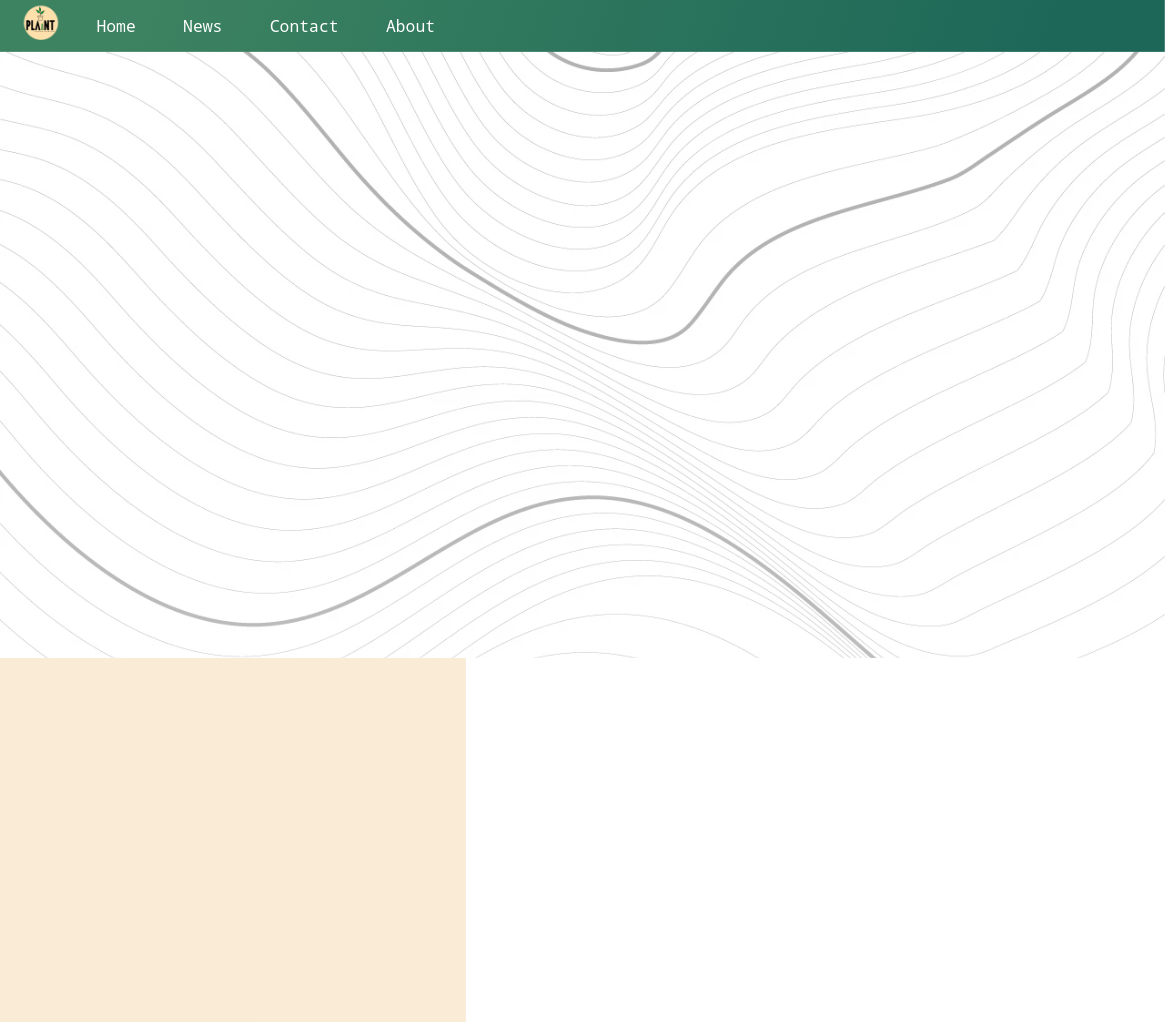
Repository: Flexo874/ISITECH-HTML-CSS
Page: about.html
The author's editor kept a copy of each file at every save. The page is drawn from the files as they stood at one save, then again after the next save.
The browser window is 1280 px wide. The pictures show the whole page, at 91% of full size.

Above is the page before, as saved 2024-01-04 16:21:47.

After the next save:
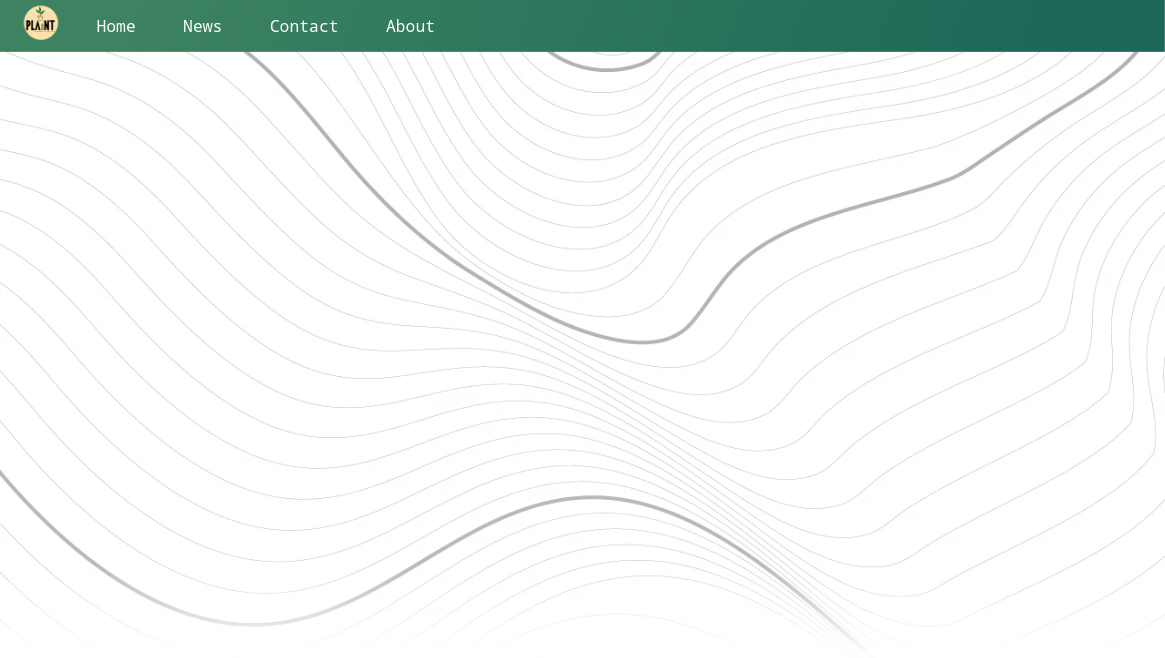
Saved 87 s later.
--- a/about.html
+++ b/about.html
@@ -18,6 +18,7 @@
         <div class="plant-img">
             <div>
             </div>
+
         </div>
 
         <div class="comment">
--- a/about.css
+++ b/about.css
@@ -52,14 +52,22 @@
   .plant-img  {
     width: 100%;
     height: 52vw;
-
+    object-fit: cover;
     overflow: hidden;
     background-image:url(images/lines.webp);
   }
 
+  .plant-img > div {
+    width: 100%;
+    height: 100%;
+    display: flex;
+    justify-content: center;
+    background-image: linear-gradient(0deg, white 0%, rgba(0,0,0,0) 15%);
+  }
+
   .comment{
-    display:;
+    display: block;
     width: 40%;
     background-color:antiquewhite;
-    height: 400px;
+    height: ;
   }
